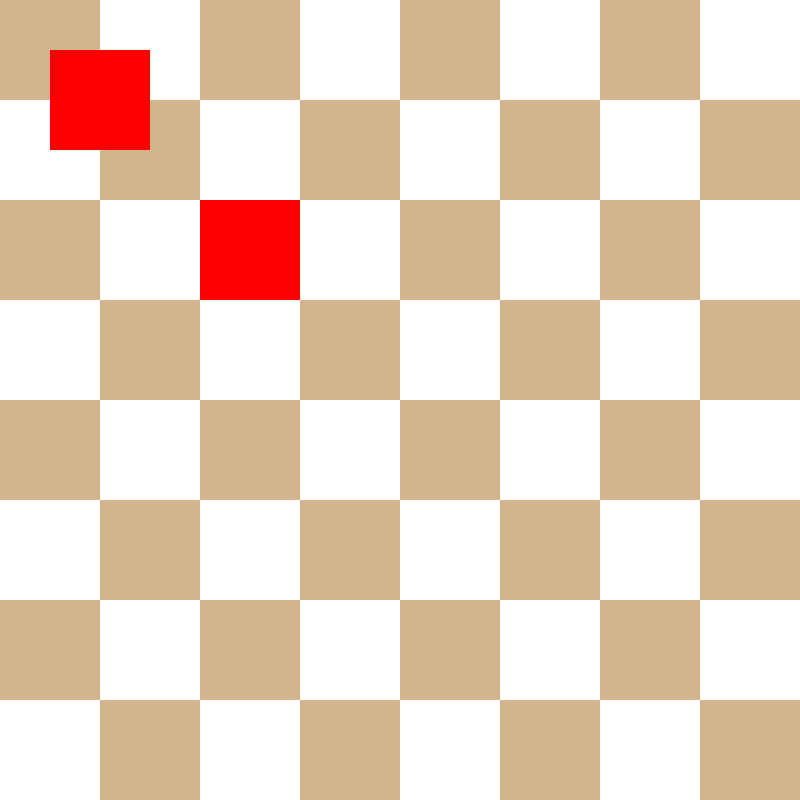
Repository: a-longe/capstone
Script's output: python engine/drag_n_drop_test.py
The author's editor kept a copy of each file at every save. The script's output is drawn from the files as they stood at one save, then again after the next save.
The window is shown after at most 60 frames with no key pressed. Random numbers start from a fixed seed.

Above is the script's output before, as saved 2023-12-10 12:33:40.

### engine/drag_n_drop_test.py
import os
import sys
import pygame as pg
import math

Cord = tuple[int, int]
TOP_LEFT = 0
BOTTOM_RIGHT = 800
SQUARE_SIZE = 100
BOARD_SIZE = 800


def is_even(n):
    return 0 == n % 2


def is_odd(n):
    return 1 == n % 2


def black_square(surface, image, rect):
    image.fill((210, 180, 140))
    surface.blit(image, rect)


def white_square(surface, image, rect):
    image.fill((255, 255, 255))
    surface.blit(image, rect)

def get_snap_cords(x, y) -> Cord:
    return (math.floor(x / SQUARE_SIZE) * SQUARE_SIZE, math.floor(y / SQUARE_SIZE) * SQUARE_SIZE)



square_coords = [[i, j] for i in range(TOP_LEFT, BOTTOM_RIGHT, SQUARE_SIZE) \
                for j in range(TOP_LEFT, BOTTOM_RIGHT, SQUARE_SIZE)]


class Player:
    # A Player object needs to know about the Board because its behaviour
    # depends on the location of other Player objects--only the Board knows
    # about them--that's why Board is an argument. It also needs to know its
    # dimensions, so we pass them in rect
    def __init__(self, Board, rect):
        self.board = Board
        self.rect = pg.Rect(rect)
        self.previous_center = self.rect.center
        # a Player object has a click attribute that is true if the
        # left mouse button is down and on top of the Player
        self.click = False
        self.image = pg.Surface(self.rect.size).convert()
        self.image.fill((255, 0, 0))

    # Check that the player has been selected and that the mouse will
    # not cause the player to bleed out of bounds.

    # To deal with collisions, save current position, and then move
    # the player to the mouse position. If there is a collision, then
    # move the rectangle back to the previous position.

    # Regardless, draw the player
    def update(self):
        if (self.click and self.board.mouse_inside_bounds()):
            self.previous_center = self.rect.center
            self.rect.center = pg.mouse.get_pos()
            # Ask the board if self (the player) will collide
            if self.board.collisions(self):
                self.rect.center = self.previous_center
        self.board.surface.blit(self.image, self.rect)

    def snap_to_square(self) -> None:
        player_cords = (self.rect.center[0], self.rect.center[1])
        self.rect.topleft = get_snap_cords(*player_cords)



class Board:
    # Each position corresponds to the arguments needed to instantiate
    # the PyGame.Rect class: (x, y, width, height) corresponding to a player

    # The Board class updates itself by asking the players to paint themselves.

    # It has a number of methods that exist so other parts of the program can
    # inquire about the current state of the board
    def __init__(self, positions):
        self.surface = pg.display.set_mode((BOARD_SIZE, BOARD_SIZE))
        self.players = []
        for pos in positions:
            self.players.append(Player(self, pos))

    def clear_surface(self):
        self.surface.fill(0)

    def get_players(self):
        return self.players

    def mouse_inside_bounds(self):
        # hard-coded numbers should be fixed
        x, y = pg.mouse.get_pos()
        return (x > 51 and x < 949 and y > 51 and y < 549)

    def collisions(self, a_player):
        rects = [player.rect for player in self.get_players()]
        target_rects = [rect for rect in rects if rect != a_player.rect]
        return a_player.rect.collidelistall(target_rects)

    def display_grid(self):
        # print("I should be displaying...")
        for x, y in square_coords:
            row = x / 100
            column = y / 100
            rect = pg.Rect([x, y, 100, 100])
            image = pg.Surface(rect.size).convert()
            if is_odd(row) and is_odd(column):
                black_square(self.surface, image, rect)
            elif is_odd(row) and is_even(column):
                white_square(self.surface, image, rect)
            elif is_even(row) and is_even(column):
                black_square(self.surface, image, rect)
            else:
                white_square(self.surface, image, rect)

    def update_board(self):
        self.clear_surface()
        self.display_grid()
        for player in self.get_players():
            player.update()


def main(Board):
    # listen for events and update board in response to them
    game_event_loop(Board)
    Board.update_board()


# Notice that the event loop has been given its own function. This makes
# the program easier to understand.
def game_event_loop(Board):
    for event in pg.event.get():
        if event.type == pg.MOUSEBUTTONDOWN:
            for player in Board.get_players():
                # The event positions is the mouse coordinates
                if player.rect.collidepoint(event.pos):
                    player.click = True
        elif event.type == pg.MOUSEBUTTONUP:
            for player in Board.get_players():
                if player.click:
                    player.snap_to_square()
                player.click = False
        elif event.type == pg.QUIT:
            pg.quit()
            sys.exit()


if __name__ == "__main__":
    os.environ['SDL_VIDEO_CENTERED'] = '1'
    pg.init()
    MyBoard = Board([(50, 50, 100, 100),
                     (200, 200, 100, 100)])
    MyClock = pg.time.Clock()
    while True:
        main(MyBoard)
        pg.display.update()
        MyClock.tick(60)

After the next save:
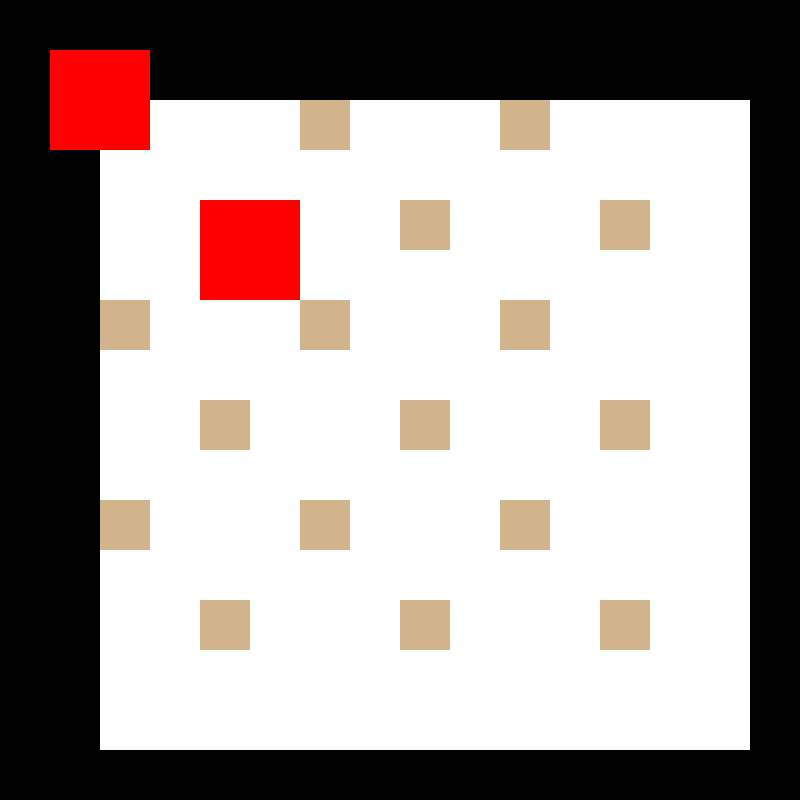
Saved 38 s later.
--- a/engine/drag_n_drop_test.py
+++ b/engine/drag_n_drop_test.py
@@ -4,9 +4,9 @@ import pygame as pg
 import math
 
 Cord = tuple[int, int]
-TOP_LEFT = 0
-BOTTOM_RIGHT = 800
-SQUARE_SIZE = 100
+TOP_LEFT = 100
+BOTTOM_RIGHT = 700
+SQUARE_SIZE = 50
 BOARD_SIZE = 800
 
 
